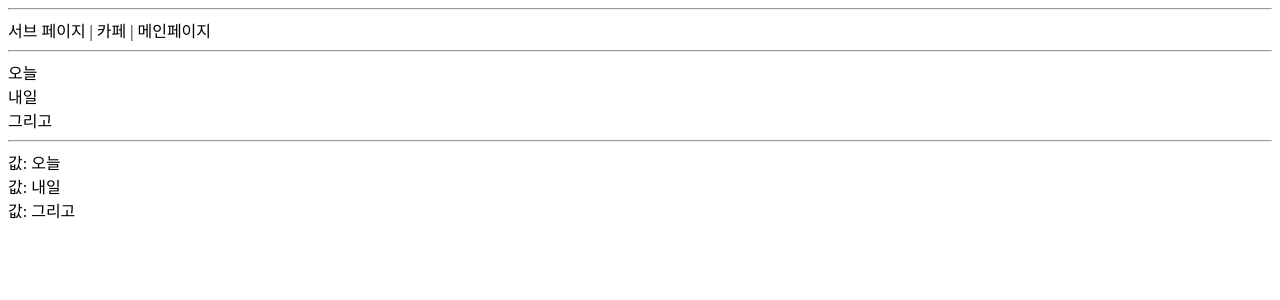
Repository: KimJaeHwan98/tomcat01
Page: http://localhost/2_get_post/tag/ex01.jsp
These files come from the project's save history. The page is drawn as it stood at one moment and after the next save; the edit follows.
The browser window is 1280 px wide. The pictures show the whole page.
The page is served by Tomcat 9.

Above is the page before, as saved 2024-04-29 05:02:52.

### 2_get_post/src/main/webapp/tag/ex01.jsp
<%@page import="java.util.ArrayList"%>
<%@ page language="java" contentType="text/html; charset=UTF-8"
    pageEncoding="UTF-8"%>

<!DOCTYPE html>
<html>
<head>
<meta charset="UTF-8">
<title>Insert title here</title>

</head>
<body>
<%@ include file="header.jsp" %>
<%
	ArrayList<String> list = new ArrayList<>();
	list.add("오늘");
	list.add("내일");
	list.add("그리고");

%>
<%
for(int i=0;i<list.size();i++){
	out.print(list.get(i) + "<br>");
}
%>


<hr>
<%for(String s : list){%>
 값: <%= s %><br>
<%}%>

</body>
</html>

### 2_get_post/src/main/webapp/tag/header.jsp
<%@ page language="java" contentType="text/html; charset=UTF-8"
    pageEncoding="UTF-8"%>
<!DOCTYPE html>
<html>
<head>
<meta charset="UTF-8">
<title>Insert title here</title>
</head>
<body>
	<%
	String name = "홍길동";

	%>
	<header>
	<hr>서브 페이지 | 카페 | 메인페이지 <hr>
	</header>
</body>
</html>

### 2_get_post/src/main/webapp/tag/quiz/header.jsp
<%@ page language="java" contentType="text/html; charset=UTF-8"
    pageEncoding="UTF-8"%>
   <%@ page isErrorPage="true" %>
<!DOCTYPE html>
<html>
<head>
<meta charset="UTF-8">
<title>Insert title here</title>
</head>
<body>
<header>
 <a href="/2_get_post/tag/quiz/main.jsp">메인</a>
 <a href="/2_get_post/tag/ex01.jsp">ex01</a>
 <a href="/2_get_post/tag/ex02.jsp">ex02(에러)</a>

</header>


</body>
</html>

After the next save:
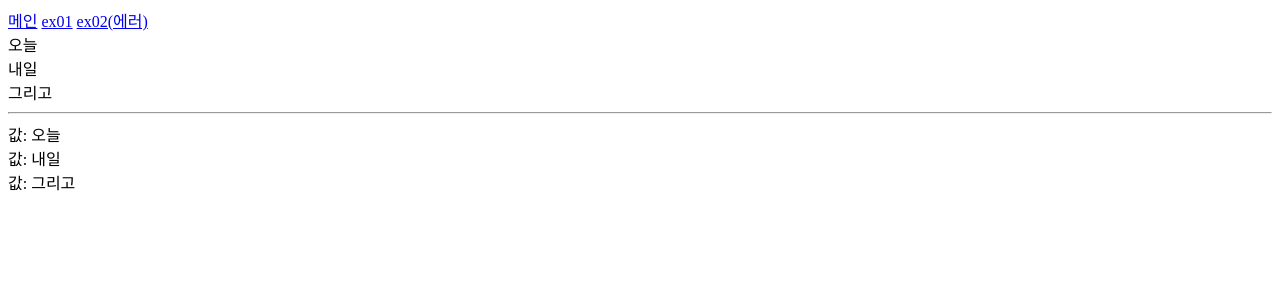
Saved 50 s later.
--- a/2_get_post/src/main/webapp/tag/ex01.jsp
+++ b/2_get_post/src/main/webapp/tag/ex01.jsp
@@ -10,7 +10,7 @@
 
 </head>
 <body>
-<%@ include file="header.jsp" %>
+<%@ include file="/tag/quiz/header.jsp" %>
 <%
 	ArrayList<String> list = new ArrayList<>();
 	list.add("오늘");
